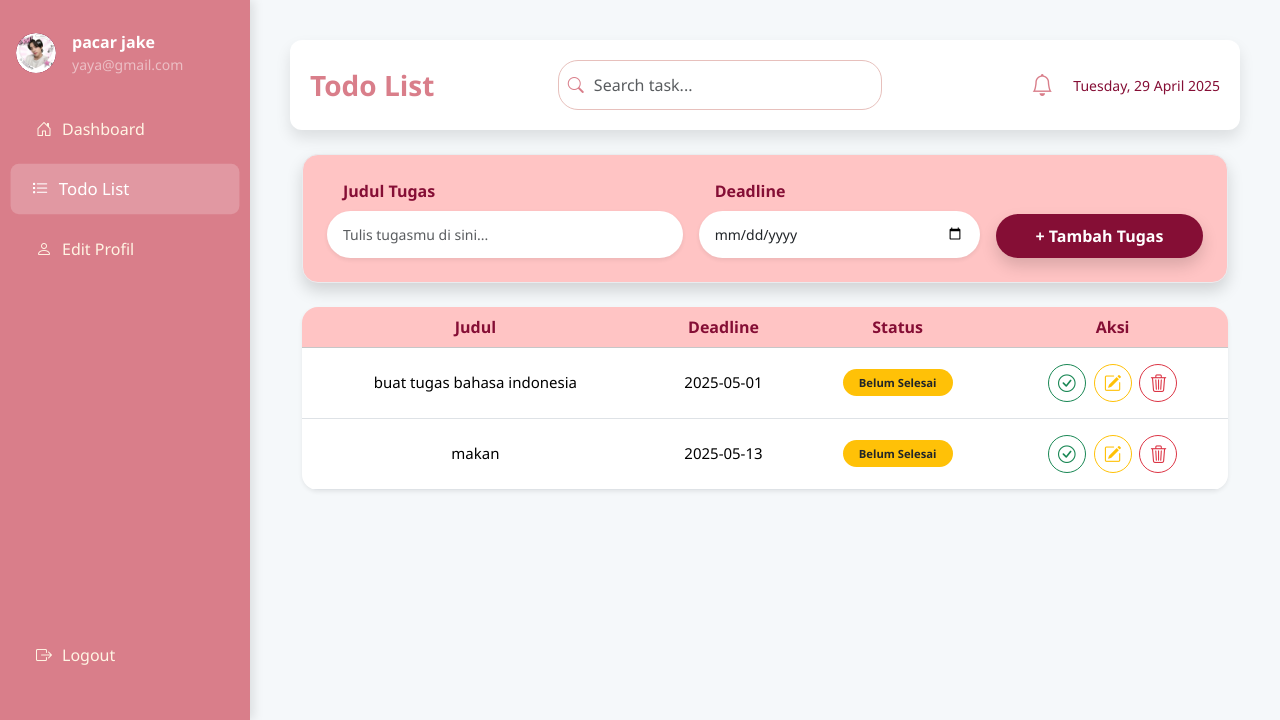
Repository: zhr-nabila/FloTime
Page: http://localhost/todo.php
The author's editor kept a copy of each file at every save. The page is drawn from the files as they stood at one save, then again after the next save.
The browser window is 1280 px wide. The pictures show the whole page.
The page is run by PHP 8.4 with error messages shown; the project is at /var/www/html/. The session is filled in as if someone had signed in: {"email": "yaya@gmail.com", "status": "login", "user_id": 2}. Other server files are loaded and not shown. The database holds what the project's SQL file puts in it.

Above is the page before, as saved 2025-04-30 20:22:22.

### todo.php
<?php
session_start();
require 'koneksi.php';

// cek login
if (!isset($_SESSION['status']) || $_SESSION['status'] != "login") {
    header("Location: login.php");
    exit();
}

$user_id = $_SESSION['user_id'];
$email = $_SESSION['email'];

$search = isset($_GET['search']) ? trim($_GET['search']) : '';

// tambah task
if (isset($_POST['add_task'])) {
    $title = trim($_POST['title']);
    $deadline = $_POST['deadline'];
    $created_at = date('Y-m-d H:i:s');

    $stmt = $conn->prepare("INSERT INTO todos (user_id, title, status, deadline, created_at) VALUES (?, ?, 'pending', ?, ?)");
    $stmt->bind_param("isss", $user_id, $title, $deadline, $created_at);
    $stmt->execute();
    $stmt->close();

    header("Location: todo.php");
    exit();
}

// nandain task selesai
if (isset($_GET['done'])) {
    $task_id = (int) $_GET['done'];
    $stmt = $conn->prepare("UPDATE todos SET status = 'completed' WHERE id = ? AND user_id = ?");
    $stmt->bind_param("ii", $task_id, $user_id);
    $stmt->execute();
    $stmt->close();

    header("Location: todo.php");
    exit();
}

// hapus task
if (isset($_GET['delete'])) {
    $task_id = (int) $_GET['delete'];
    $stmt = $conn->prepare("DELETE FROM todos WHERE id = ? AND user_id = ?");
    $stmt->bind_param("ii", $task_id, $user_id);
    $stmt->execute();
    $stmt->close();

    header("Location: todo.php");
    exit();
}

// ambil daftar tugas
if (!empty($search)) {
    $like_search = "%$search%";
    $stmt = $conn->prepare("SELECT * FROM todos WHERE user_id = ? AND title LIKE ? ORDER BY deadline ASC");
    $stmt->bind_param("is", $user_id, $like_search);
} else {
    $stmt = $conn->prepare("SELECT * FROM todos WHERE user_id = ? ORDER BY deadline ASC");
    $stmt->bind_param("i", $user_id);
}

$stmt->execute();
$result = $stmt->get_result();

if (!$result) {
    die("Query gagal: " . $conn->error);
}
?>


<!DOCTYPE html>
<html lang="en">

<head>
    <meta charset="UTF-8">
    <title>Todo List</title>
    <link href="https://cdn.jsdelivr.net/npm/bootstrap@5.3.3/dist/css/bootstrap.min.css" rel="stylesheet">
    <link href="https://cdn.jsdelivr.net/npm/bootstrap-icons@1.10.5/font/bootstrap-icons.css" rel="stylesheet">
    <link rel="stylesheet" href="css/style.css">
</head>

<body>
    <!-- sidebar -->
    <?php
    $activePage = 'todo';
    include 'includes/sidebar.php';
    ?>

    <div class="main-content">
        <!-- topbar -->
        <?php
        $pageTitle = "Todo List";
        include 'includes/topbar.php';
        ?>


        <div class="container mt-4">
            <!-- <h3 class="mb-3 fw-bold">Ayo buat pengingat dirimu</h3> -->
            <form method="POST" class="mb-4 px-4 py-4 rounded-4 shadow border border-light-subtle premium-form">
                <div class="row align-items-end g-3">
                    <div class="col-md-5">
                        <label class="form-label fw-semibold px-3">Judul Tugas</label>
                        <input type="text" name="title" class="form-control form-control-sm rounded-5 shadow-sm" placeholder="Tulis tugasmu di sini..." required>
                    </div>
                    <div class="col-md-4">
                        <label class="form-label fw-semibold px-3">Deadline</label>
                        <input type="date" name="deadline" class="form-control form-control-sm rounded-5 shadow-sm" required>
                    </div>
                    <div class="col-md-3 d-grid">
                        <button type="submit" name="add_task" class="btn btn-gradient shadow fw-semibold rounded-5">+ Tambah Tugas</button>
                    </div>
                </div>
            </form>


            <?php if ($result->num_rows > 0): ?>
                <div class="table-responsive shadow-sm rounded-4 overflow-hidden">
                    <table class="table table-hover align-middle mb-0 premium-table">
                        <thead class="table-light text-center">
                            <tr>
                                <th>Judul</th>
                                <th>Deadline</th>
                                <th>Status</th>
                                <th>Aksi</th>
                            </tr>
                        </thead>
                        <tbody>
                            <?php while ($row = $result->fetch_assoc()): ?>
                                <tr>
                                    <td><?= htmlspecialchars($row['title']) ?></td>
                                    <td><?= htmlspecialchars($row['deadline']) ?></td>
                                    <td class="text-center">
                                        <?php
                                        if ($row['status'] == 'completed') {
                                            echo "<span class='badge rounded-pill text-bg-success px-3 py-2'>Selesai</span>";
                                        } elseif (date('Y-m-d') > $row['deadline']) {
                                            echo "<span class='badge rounded-pill text-bg-danger px-3 py-2'>Terlambat</span>";
                                        } else {
                                            echo "<span class='badge rounded-pill text-bg-warning text-dark px-3 py-2'>Belum Selesai</span>";
                                        }
                                        ?>
                                    </td>
                                    <td class="text-center">
                                        <?php if ($row['status'] != 'completed'): ?>
                                            <a href="?done=<?= $row['id'] ?>" class="btn btn-icon btn-outline-success btn-sm me-1" title="Tandai selesai">
                                                <i class="bi bi-check-circle"></i>
                                            </a>
                                        <?php endif; ?>
                                        <a href="edit_task.php?id=<?= $row['id'] ?>" class="btn btn-icon btn-outline-warning btn-sm me-1" title="Edit tugas">
                                            <i class="bi bi-pencil-square"></i>
                                        </a>
                                        <a href="?delete=<?= $row['id'] ?>" onclick="return confirm('Hapus tugas ini?')" class="btn btn-icon btn-outline-danger btn-sm" title="Hapus tugas">
                                            <i class="bi bi-trash3"></i>
                                        </a>
                                    </td>

                                </tr>
                            <?php endwhile; ?>
                        </tbody>
                    </table>
                </div>
            <?php else: ?>
                <p class="text-muted mt-4 text-center">✨ Tidak ada tugas ditemukan. Buat yang baru, yuk!</p>
            <?php endif; ?>

        </div>
    </div>

</body>

</html>

### koneksi.php
<?php
$host = "localhost";
$user = "root";
$pass = "";
$db = "todolist";

$conn = mysqli_connect($host, $user, $pass, $db);

if (!$conn) {
    die("Koneksi gagal: " . mysqli_connect_error());
}

### includes/sidebar.php
<?php
if (!isset($_SESSION)) session_start();
include_once 'koneksi.php';

$email = $_SESSION['email'] ?? '';

// Ambil data user
$query = mysqli_query($conn, "SELECT * FROM users WHERE email = '$email'");
$user = mysqli_fetch_assoc($query);

// Ambil nama dan foto
$name = $user['name'] ?? '';
$avatar = $user['photo'] ?? null; // GUNAKAN 'photo' bukan 'avatar'

// Ambil inisial dari nama jika ada, kalau tidak dari email
$display_name = $name ?: $email;
$initial = strtoupper(substr($display_name, 0, 1));
?>

<div class="sidebar d-flex flex-column">
    <div class="px-3 d-flex align-items-center mb-4">
        <div class="user-avatar">
            <?php if ($avatar && file_exists("uploads/$avatar")): ?>
                <img src="uploads/<?= htmlspecialchars($avatar) ?>" alt="Avatar">
            <?php else: ?>
                <?= $initial ?>
            <?php endif; ?>
        </div>
        <div class="ms-3">
            <div class="fw-semibold"><?= htmlspecialchars($name ?: 'User') ?></div>
            <div class="small text-white-50"><?= htmlspecialchars($email) ?></div>
        </div>
    </div>
    <nav class="nav flex-column px-3">
        <a class="nav-link <?= ($activePage == 'dashboard') ? 'active' : '' ?>" href="dashboard.php">
            <i class="bi bi-house-door"></i> Dashboard
        </a>
        <a class="nav-link <?= ($activePage == 'todo') ? 'active' : '' ?>" href="todo.php">
            <i class="bi bi-list-task"></i> Todo List
        </a>
        <a class="nav-link <?= ($activePage == 'profile') ? 'active' : '' ?>" href="profile.php">
            <i class="bi bi-person"></i> Edit Profil
        </a>
        <a class="nav-link logout" href="logout.php">
            <i class="bi bi-box-arrow-right"></i> Logout
        </a>
    </nav>
</div>

### includes/topbar.php
<div class="header">
    <div class="title"><?= isset($pageTitle) ? htmlspecialchars($pageTitle) : 'Untitled'; ?></div>
    <div class="search-bar">
        <form method="GET" action="todo.php" class="d-flex">
            <input type="text" name="search" class="form-control" placeholder="Search task..." value="<?= isset($_GET['search']) ? htmlspecialchars($_GET['search']) : '' ?>">
            <button type="submit" class="btn"><i class="bi bi-search"></i></button>
        </form>
    </div>

    <div class="notifications">
        <i class="bi bi-bell"></i>
        <div class="date"><?= date('l, d F Y') ?></div>
    </div>
</div>

### css/style.css
@import url('https://fonts.googleapis.com/css2?family=Poppins:wght@500&display=swap');

:root {
    --c0: #ffffff;
    --c1: #E3919F;
    --c2: #E7C0BC;
    --c3: #370808;
    --c4: #D97E8A;
    --c5: #EC9FAB;
    --c6: #000000;
    /* gradient */
    --c7: #850e35;
    --c8: #ee6983;
    --c9: #ffc4c4;
    --c10: #fff5e4;
    --c11: #d1d5db;
}


*:not(input):not(textarea):not([contenteditable="true"]) {
    caret-color: transparent !important;
}

input,
textarea,
[contenteditable="true"] {
    caret-color: auto;
    outline: none;
    padding: 6px 10px;
    border-radius: 5px;
    transition: border 0.2s ease;
}

body {
    background: #f5f8fa;
    font-family: 'Segoe UI', sans-serif;
    margin: 0;
    padding: 0;
    overflow: hidden;
}

html,
body {
    height: 100%;
}


::-webkit-scrollbar {
    display: none;
}

.main-content {
    margin-left: 250px;
    padding: 40px;
    height: 100vh;
    overflow-y: auto;
}


.sidebar {
    height: 100vh;
    background: var(--c4);
    color: var(--c0);
    padding-top: 30px;
    position: fixed;
    width: 250px;
    transition: all 0.3s;
    box-shadow: 4px 0 10px rgba(0, 0, 0, 0.1);
}

.sidebar .nav-link {
    color: var(--c10);
    padding: 12px 20px;
    margin: 6px 0;
    border-radius: 8px;
    display: flex;
    align-items: center;
    gap: 10px;
    transition: all 0.3s ease;
    font-size: 16px;
}

.sidebar .nav-link:hover,
.sidebar .nav-link.active {
    background-color: rgba(255, 255, 255, 0.2);
    color: var(--c0);
    transform: scale(1.05);
}

.sidebar .nav-link.logout {
    color: var(--c10);
    padding: 12px 20px;
    margin: 22rem 0;
    border-radius: 8px;
    display: flex;
    align-items: center;
    gap: 10px;
    transition: all 0.3s ease;
    font-size: 16px;
}

.sidebar .nav-link.logout:hover {
    background-color: rgba(255, 255, 255, 0.2);
    color: var(--c0);
    transform: scale(1.05);
}

.main-content {
    margin-left: 250px;
    padding: 40px;
}

.header {
    display: flex;
    justify-content: space-between;
    align-items: center;
    padding: 20px;
    background: var(--c0);
    border-radius: 12px;
    box-shadow: 0 8px 15px rgba(0, 0, 0, 0.1);
    margin-bottom: 20px;
}

.header .title {
    font-size: 28px;
    font-weight: bold;
    color: var(--c4);
}

.header .search-bar {
    position: relative;
    width: 350px;
}

.header .search-bar input {
    width: 100%;
    padding: 12px 40px 12px 35px;
    border-radius: 20px;
    border: 1px solid var(--c2);
    font-size: 16px;
    transition: border 0.3s;
}

.header .search-bar input:focus {
    border: 1px solid var(--c4);
    outline: none;
}

.header .search-bar i {
    position: absolute;
    top: 50%;
    left: 10px;
    transform: translateY(-50%);
    color: var(--c4);
}

.header .notifications {
    display: flex;
    align-items: center;
    gap: 20px;
}

.header .notifications .bi {
    font-size: 22px;
    cursor: pointer;
    color: var(--c4);
    transition: color 0.3s;
}

.header .notifications .bi:hover {
    color: var(--c7);
}

.card-welcome {
    background: linear-gradient(135deg, var(--c9), var(--c10));
    border-radius: 10px 60px 30px;
    box-shadow: 0 15px 30px rgba(0, 0, 0, 0.1);
    padding: 30px;
    animation: fadeIn 0.6s ease;
    margin-bottom: 30px;
    color: var(--c7);
    border: none;
}

.user-avatar {
    width: 40px;
    height: 40px;
    border-radius: 50%;
    background-color: var(--c7);
    color: var(--c0);
    display: flex;
    align-items: center;
    justify-content: center;
    font-weight: bold;
    font-size: 18px;
    overflow: hidden;
    flex-shrink: 0;
}

.user-avatar img {
    width: 100%;
    height: 100%;
    object-fit: cover;
    border-radius: 50%;
    display: block;
}
.user-avatar {
    width: 40px;
    height: 40px;
    border-radius: 50%;
    background-color: var(--c7);
    color: var(--c0);
    display: flex;
    align-items: center;
    justify-content: center;
    font-weight: bold;
    font-size: 18px;
    overflow: hidden;
    flex-shrink: 0;
}

.user-avatar img {
    width: 100%;
    height: 100%;
    object-fit: cover;
    border-radius: 50%;
    display: block;
}


.date {
    font-size: 14px;
    color: var(--c7);
}

@keyframes fadeIn {
    from {
        opacity: 0;
        transform: translateY(20px);
    }

    to {
        opacity: 1;
        transform: translateY(0);
    }
}

/* Mobile Responsiveness */
@media (max-width: 768px) {
    .sidebar {
        width: 200px;
    }

    .main-content {
        margin-left: 200px;
    }

    .header .title {
        font-size: 24px;
    }

    .header .search-bar {
        width: 250px;
    }
}

/* todo */

.container {
    animation: fadeIn 0.6s ease;
}

.premium-form {
    background-color: var(--c9);
    border: 2px solid var(--c2);
    border-radius: 12px;
}

.btn-gradient {
    background-color: var(--c7);
    color: white;
    border: none;
    transition: 0.3s ease;
    border-radius: 10px;
    padding: 10px;
}

.btn-gradient:hover {
    transform: scale(1.02);
    background-color: var(--c8);
    color: var(--c0);
    box-shadow: 0 4px 8px rgba(0, 0, 0, 0.15);
}

.form-control-sm {
    font-size: 14px;
    padding: 0.8rem 1rem;
    border: none;
}

.form-label {
    color: var(--c7);
}

.premium-table th {
    font-weight: 600;
    background-color: var(--c9);
    color: var(--c7);
}

.premium-table td {
    vertical-align: middle;
    padding-top: 16px;
    padding-bottom: 16px;
    font-size: 15px;
}

.table-hover tbody tr:hover {
    background-color: #fdf2f2;
    transition: 0.3s;
}

.table td,
.table th {
    text-align: center;
}

.btn-icon {
    width: 38px;
    height: 38px;
    padding: 0;
    border-radius: 50%;
    display: inline-flex;
    align-items: center;
    justify-content: center;
    font-size: 1.1rem;
    transition: all 0.3s ease-in-out;
}

.btn-icon:hover {
    box-shadow: 0 0 10px rgba(100, 180, 255, 0.4);
    transform: scale(1.08);
}

### todolist.sql (the tables this page reads)
CREATE TABLE `todos` (
  `id` int(11) NOT NULL,
  `user_id` int(11) NOT NULL,
  `title` varchar(255) NOT NULL,
  `status` enum('pending','completed') DEFAULT 'pending',
  `deadline` date DEFAULT NULL,
  `created_at` timestamp NOT NULL DEFAULT current_timestamp()
) ENGINE=InnoDB DEFAULT CHARSET=utf8mb4 COLLATE=utf8mb4_general_ci;

INSERT INTO `todos` (`id`, `user_id`, `title`, `status`, `deadline`, `created_at`) VALUES
(2, 2, 'buat tugas bahasa indonesia', 'pending', '2025-05-01', '2025-05-15 17:11:25'),
(5, 2, 'makan', 'pending', '2025-05-13', '2025-05-21 19:26:13');

ALTER TABLE `todos`
  ADD PRIMARY KEY (`id`),
  ADD KEY `user_id` (`user_id`);

ALTER TABLE `todos`
  MODIFY `id` int(11) NOT NULL AUTO_INCREMENT, AUTO_INCREMENT=6;

ALTER TABLE `todos`
  ADD CONSTRAINT `todos_ibfk_1` FOREIGN KEY (`user_id`) REFERENCES `users` (`id`);

CREATE TABLE `users` (
  `id` int(11) NOT NULL,
  `email` varchar(255) NOT NULL,
  `name` varchar(100) DEFAULT NULL,
  `password` varchar(255) NOT NULL,
  `photo` varchar(255) DEFAULT NULL
) ENGINE=InnoDB DEFAULT CHARSET=utf8mb4 COLLATE=utf8mb4_general_ci;

INSERT INTO `users` (`id`, `email`, `name`, `password`, `photo`) VALUES
(2, 'yaya@gmail.com', 'pacar jake', '1234', '682bf641de05a.jpeg');

ALTER TABLE `users`
  ADD PRIMARY KEY (`id`),
  ADD UNIQUE KEY `email` (`email`);

ALTER TABLE `users`
  MODIFY `id` int(11) NOT NULL AUTO_INCREMENT, AUTO_INCREMENT=4;

After the next save:
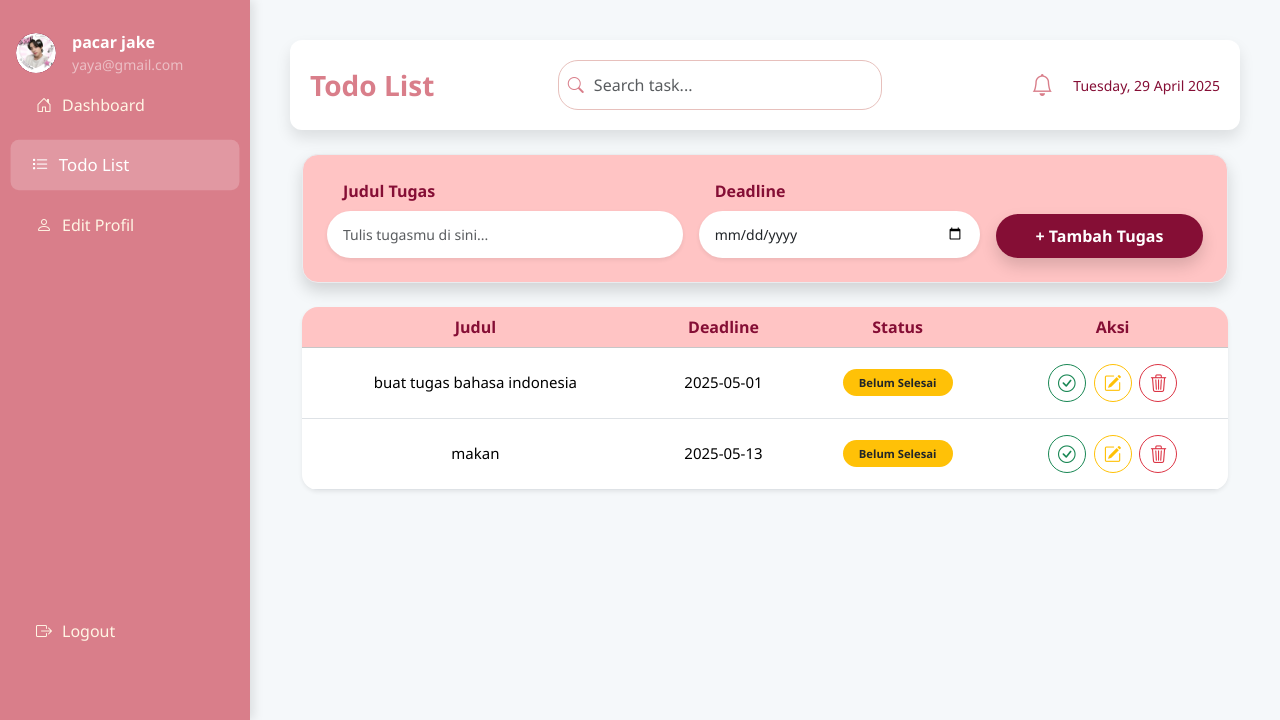
Saved 10 s later.
--- a/includes/sidebar.php
+++ b/includes/sidebar.php
@@ -18,7 +18,7 @@
 ?>
 
 <div class="sidebar d-flex flex-column">
-    <div class="px-3 d-flex align-items-center mb-4">
+    <div class="px-3 d-flex align-items-center ">
         <div class="user-avatar">
             <?php if ($avatar && file_exists("uploads/$avatar")): ?>
                 <img src="uploads/<?= htmlspecialchars($avatar) ?>" alt="Avatar">

After the save that followed:
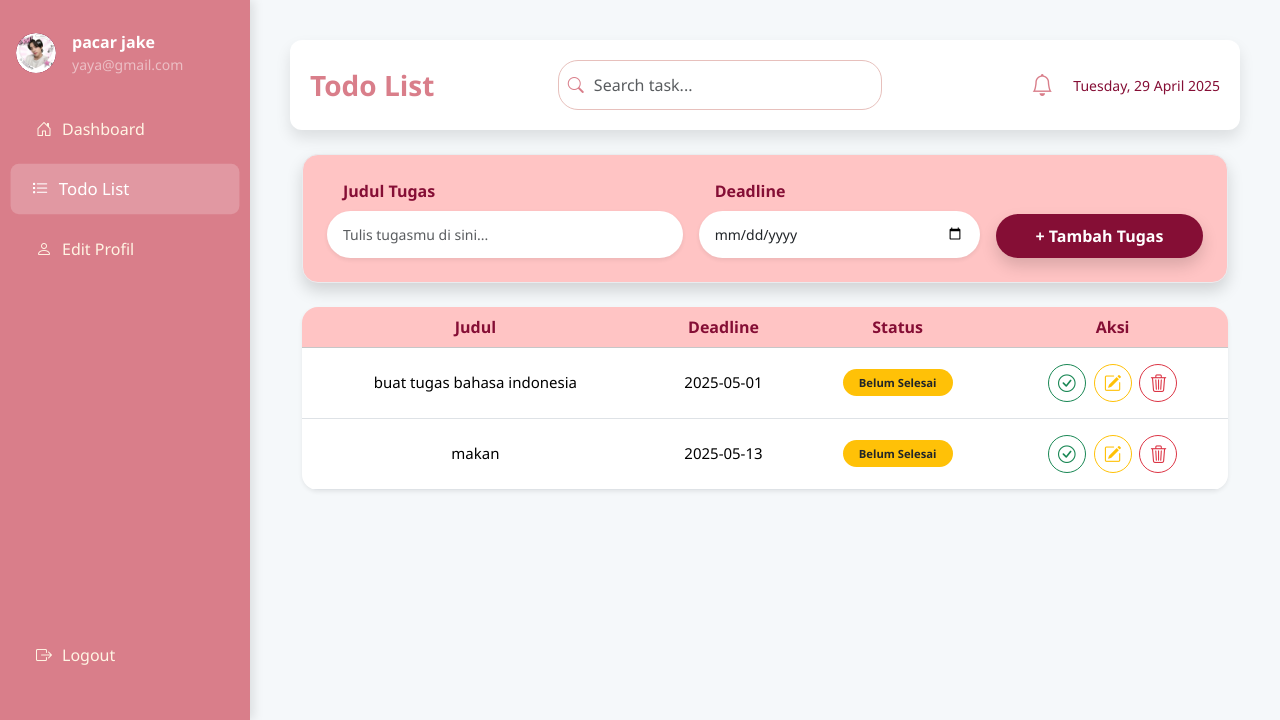
Saved 6 s later.
--- a/includes/sidebar.php
+++ b/includes/sidebar.php
@@ -18,7 +18,7 @@
 ?>
 
 <div class="sidebar d-flex flex-column">
-    <div class="px-3 d-flex align-items-center ">
+    <div class="px-3 d-flex align-items-center mb-4">
         <div class="user-avatar">
             <?php if ($avatar && file_exists("uploads/$avatar")): ?>
                 <img src="uploads/<?= htmlspecialchars($avatar) ?>" alt="Avatar">
